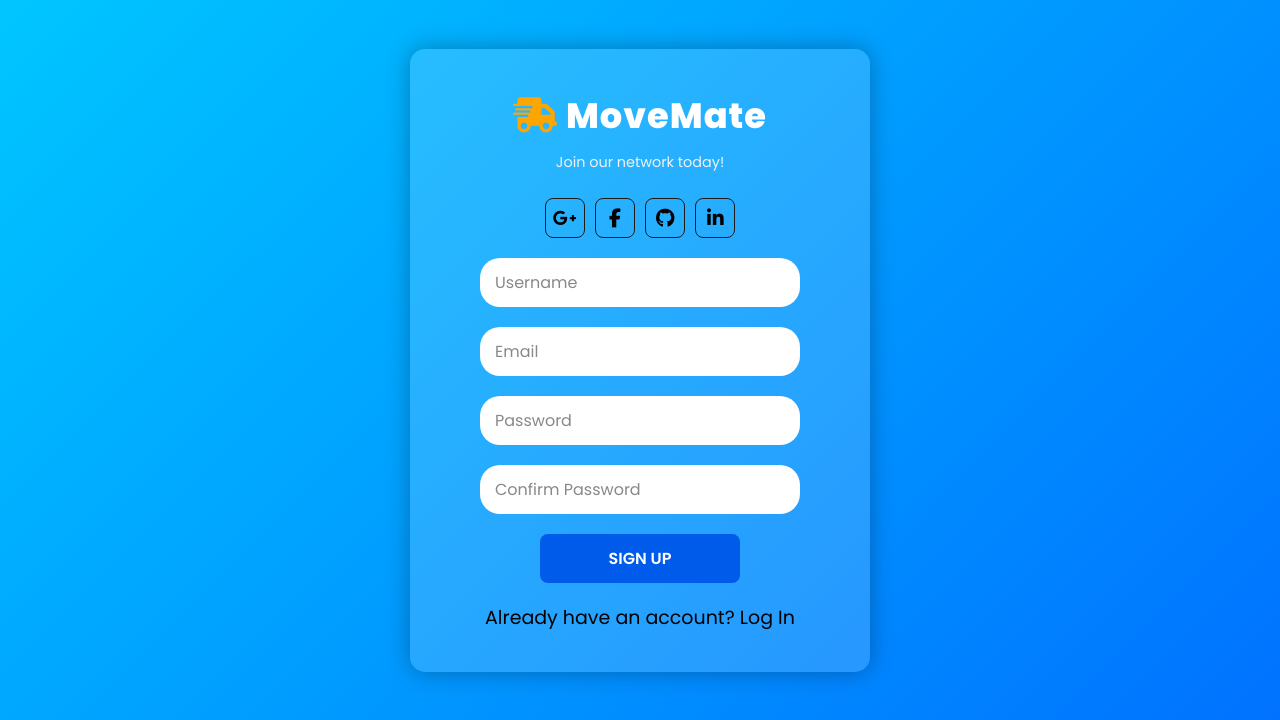
Repository: MoveMate7018/Slokdhorda7014
Page: registration.html
These files come from the project's save history. The page is drawn as it stood at one moment and after the next save; the edit follows.
The browser window is 1280 px wide. The pictures show the whole page.

Above is the page before, as saved 2025-10-27 15:16:18.

### registration.html
<!DOCTYPE html>
<html lang="en">
<head>
    <meta charset="UTF-8">
    <meta name="viewport" content="width=device-width, initial-scale=1.0">
    <!-- CSS -->
     <link rel="stylesheet" href="Assets/css/registration.css">
    <!-- bootstrap -->
    <link rel="stylesheet" href="https://cdnjs.cloudflare.com/ajax/libs/font-awesome/6.5.0/css/all.min.css">
    <link href="https://fonts.googleapis.com/css2?family=Poppins:wght@400;600;800&display=swap" rel="stylesheet">
    <link rel="stylesheet" href="https://cdnjs.cloudflare.com/ajax/libs/font-awesome/6.5.0/css/all.min.css">
    <title>Registration</title>

</head>
<body>
    <div class="container">

        <h1 class="logo"><i class="fa-solid fa-truck-fast"></i>MoveMate</h1>
        <p class="tagline">Join our network today!</p>

        <form action="login.html">
             <div class="extra-login-options">
          <a href="#" class="icon"><i class="fa-brands fa-google-plus-g"></i></a>
          <a href="#" class="icon"><i class="fa-brands fa-facebook-f"></i></a>
          <a href="#" class="icon"><i class="fa-brands fa-github"></i></a>
          <a href="#" class="icon"><i class="fa-brands fa-linkedin-in"></i></a>
        </div>
            <div class="input-box">
                <input type="text" placeholder="Username" required>
            </div>
            <div class="input-box">
                <input type="email" placeholder="Email" required>
            </div>
            <div class="input-box">
                <input type="password" placeholder="Password" required>
            </div>
            <div class="input-box">
                <input type="password" placeholder="Confirm Password" required>
            </div>

            <button type="submit" class="register-btn">SIGN UP</button>

            <div class="links">

                <a href="login.html" class="classs">Already have an account? Log In </a>
            </div>
        </form>
    </div>
</body>
</html>

### Assets/css/registration.css
 * {
            margin: 0;
            padding: 0;
            box-sizing: border-box;
            font-family: "Poppins", sans-serif;
        }

        body {
            height: 100vh;
            background: linear-gradient(135deg, #00c6ff, #0072ff);
            display: flex;
            justify-content: center;
            align-items: center;
            opacity: 0;
            animation: fadeInBody 0.9s ease-out forwards;
        }
        @keyframes fadeInBody {
            to {
                opacity: 1;
            }
        }


        .container {
            width: 460px;
            background: rgba(255, 255, 255, 0.15);
            border-radius: 15px;
            backdrop-filter: blur(10px);
            box-shadow: 0 0 25px rgba(0, 0, 0, 0.3);
            text-align: center;
            padding: 40px 30px;
            color: white;
            opacity: 0;
            transform: scale(0.9) translateY(30px);
            animation: slideInScale 1s ease-out 0.3s forwards;
       }

        @keyframes slideInScale{
         to{
             opacity: 1;
             transform: scale(1) translateY(0);
            }
     }

        .logo {
            font-size: 2.2rem;
            font-weight: 800;
            color: white;
            margin-bottom: 10px;
            letter-spacing: 1px;
            opacity: 0;
            animation: fadeInUp 0.8s ease-out 0.5s forwards;
        }
         @keyframes fadeInBody {
            to {
                opacity: 1;
            }
        }

        .logo i {
            color: orange;
            margin-right: 8px;
            animation: bounceTruck 1.5s infinite;
            opacity: 0;
            animation: fadeInUp 0.8s ease-out 0.5s forwards;
        }

        @keyframes bounceTruck {
            0%, 100% { transform: translateY(0); }
            50% { transform: translateY(-4px); }
        }
         @keyframes fadeInBody {
            to {
                opacity: 1;
            }
        }

        p.tagline {
            color: #f1f1f1;
            font-size: 0.9rem;
            margin-bottom: 25px;
            opacity: 0;
            animation: fadeInUp 0.8s ease-out 0.5s forwards;
        }
        @keyframes fadeInUp {
            to {
                opacity: 1;
                transform: translateY(0);
            }
        }

        .input-box {
            width: 100%;
            margin-bottom: 20px;
            position: relative;
        }

        .input-box input {
            width: 80%;
            padding: 12px 15px;
            border: none;
            border-radius: 20px;
            outline: none;
            font-size: 1rem;
            color: #333;
        }

        .input-box input::placeholder {
            color: #888;
        }


        .register-btn {
            width: 50%;
            background-color: #005bea;
            color: white;
            border: none;
            border-radius: 8px;
            padding: 12px;
            font-size: 1rem;
            font-weight: 600;
            cursor: pointer;
            transition: 0.3s;
        }

        .register-btn:hover {
            background-color: #0043a8;
        }

        .links {
            margin-top: 20px;
            font-size: 0.9rem;
        }

        .links a {
            color: #fff;
            text-decoration: none;
            margin: 0 8px;
        }

        .links a:hover {
            text-decoration: underline;
        }

        @media (max-width: 420px) {
            .container {
                width: 90%;
                padding: 30px 20px;
            }
            .logo {
                font-size: 1.8rem;
            }
        }
        .container form h1{
             opacity: 0;
             animation: fadeInUp 0.5s ease-out forwards;
         }

         .container form .social-list{
             opacity: 0;
             animation: fadeInUp 0.5s ease-out forwards;
         }

         .container form span{
             opacity: 0;
             animation: fadeInUp 0.5s ease-out forwards;
         }

         .container form input{
             opacity: 0;
             animation: fadeInUp 0.5s ease-out forwards;
         }

         .container form input{
             animation-delay: 1s;
         }

         .container form input{
             animation-delay: 1s;
         }

         .container form a{
             opacity: 0;
             animation: fadeInUp 0.5s ease-out 1s forwards;
         }

         .container form button{
             opacity: 0;
             animation: fadeInUp 0.5s ease-out 1s forwards;
         }

         @keyframes fadeInUp{
             from{
                 opacity: 0;
                 transform: translateY(20px);
             }
             to{
                 opacity: 1;
                 transform: translateX(0);
             }
         }

        .container a{
         color: rgb(0, 0, 0);
         font-size: 19px;
         text-decoration: none;
         margin: 15px 0 10px;
       }

         .extra-login-options{
           margin: 20px 0;
        }

         .extra-login-options a{
            border: 1px solid #1F1C18;
            border-radius: 20%;
            display: inline-flex;
            justify-content: center;
            align-items: center;
            margin: 0 3px;
            width: 40px;
            height: 40px;
        }
           .classs{
            color: rgb(255, 255, 255);
          }

After the next save:
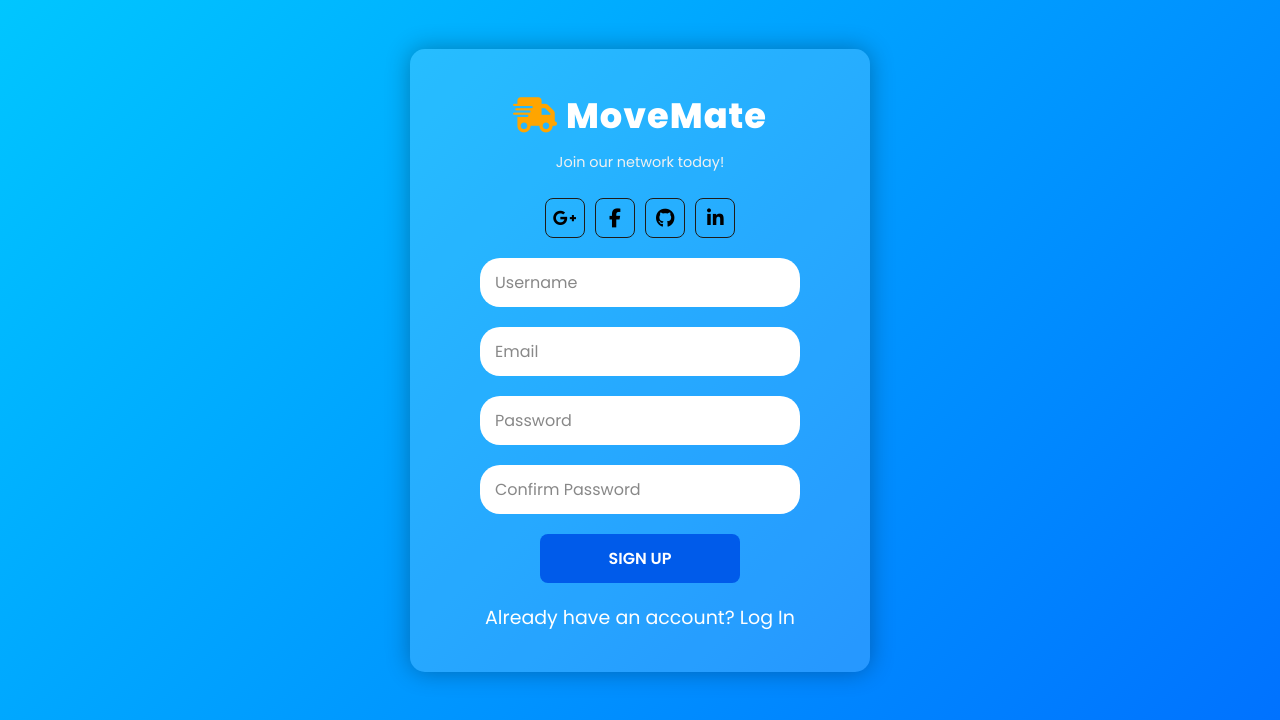
Saved 38 s later.
--- a/registration.html
+++ b/registration.html
@@ -42,7 +42,7 @@
 
             <div class="links">
 
-                <a href="login.html" class="classs">Already have an account? Log In </a>
+                <a href="login.html" id="login-link">Already have an account? Log In </a>
             </div>
         </form>
     </div>
--- a/Assets/css/registration.css
+++ b/Assets/css/registration.css
@@ -221,6 +221,6 @@
             width: 40px;
             height: 40px;
         }
-           .classs{
+           #login-link{
             color: rgb(255, 255, 255);
           }
